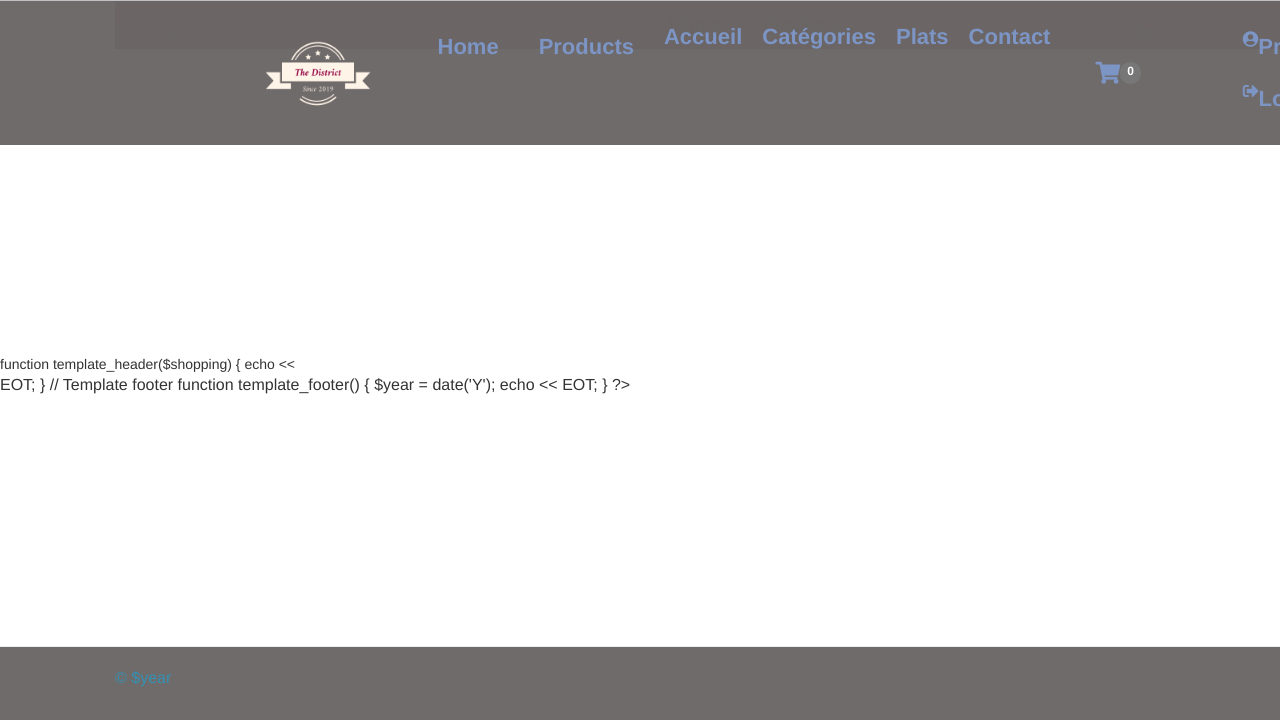
Repository: fab5052/the_district_Site
Page: http://localhost/shopping.php
The author's editor kept a copy of each file at every save. The page is drawn from the files as they stood at one save, then again after the next save.
The browser window is 1280 px wide. The pictures show the whole page.
Some web libraries are served in a nearby version. The page is run by PHP 8.4 with error messages shown; the project is at /var/www/html/.

Above is the page before, as saved 2024-03-24 22:45:57.
Console error: ReferenceError: tarteaucitron is not defined

### assets/css/nav.css
* {
  margin: 0;
  padding: 0;
  box-sizing: border-box;
  border-width: 0;
  border-style: solid;
  border-color: currentColor
  font-family: -apple-system, BlinkMacSystemFont, "segoe ui", roboto, oxygen, ubuntu, cantarell, "fira sans", "droid sans", "helvetica neue", Arial, sans-serif;
	font-size: 16px;
	-webkit-font-smoothing: antialiased;
	-moz-osx-font-smoothing: grayscale;

}

hr {
  height: 0;
  color: inherit;
  border-top-width: 1px
}



/* CSS pour le contenu principal */
.main-content {
  margin-top: 10vh;
  /* Marge en haut pour éviter le chevauchement avec le header */
  margin-bottom: 0;
  /* Marge en bas pour éviter le chevauchement avec le footer */
  height: 100%;

  background-color: rgba(43, 51, 15, 0.432);

}


.parallax {
  background-image: url("https://i.etsystatic.com/21916349/r/il/a756da/3962508333/il_794xN.3962508333_jf2j.jpg");
  background-attachment: fixed;
  /* Fixe l'image pendant le scroll */
  background-size: cover;
  /* L'image prendra 100% de l'espace, quitte à la crop */
  background-position: center;
  /* Centre la position de l'image */
  background-repeat: no-repeat;
  /* Empêche l'image de se répéter en fonction de la taille d'écran */
  z-index: -10;
  overflow: hidden;

}

header {
  position: fixed;

  top: 0;
  width: 100vw;

  z-index: 1000;
  /
  /* Autres styles personnalisés selon vos besoins */
}

header nav {
  flex-grow: 1;
	flex-basis: 0;
}

/* CSS pour le footer */
footer {
position: fixed;
  margin-bottom: 0;
  width: 100%;
  height: auto;
  z-index: 100;
  /* Assure que le footer reste au-dessus du contenu */



  background-color: #6b6666f6;
  /* Couleur de fond du header */

}

nav {
  display: flex;
  position: fixed;
  width: 100vw;
  background-color: #6b6666f6;
  /* Couleur de fond du header */
  align-items: center;
  flex-grow: 1;
	flex-basis: 0;

  justify-content: space-between;
  z-index: 100;


  box-shadow: inset 0px 1px 0px #bfbfc4;

}

 nav a {
  font-size: 20px;
  color: #7c95c5;
  text-shadow: solid 4px #d9d9de;
}


.nav-icon {
  display: flex;
  align-items: center;
  text-decoration: none;
  margin-right: 15px;
}



.nav-icon img {
  width: 120px;
  height: 125px;
  position: relative;
}

}
.login {
  	width: 400px;
  	background-color: #ffffff;
  	box-shadow: 0 0 9px 0 rgba(0, 0, 0, 0.3);
  	margin: 100px auto;
}
.login h1 {
  	text-align: center;
  	color: #5b6574;
  	font-size: 24px;
  	padding: 20px 0 20px 0;
  	border-bottom: 1px solid #dee0e4;
}
.login form {
  	display: flex;
  	flex-wrap: wrap;
  	justify-content: center;
  	padding-top: 20px;
}
.login form label {
  	display: flex;
  	justify-content: center;
  	align-items: center;
  	width: 50px;
  	height: 50px;
  	background-color: #3274d6;
  	color: #ffffff;
}
.login form input[type="password"], .login form input[type="text"] {
  	width: 310px;
  	height: 50px;
  	border: 1px solid #dee0e4;
  	margin-bottom: 20px;
  	padding: 0 15px;
}
.login form input[type="submit"] {
  	width: 100%;
  	padding: 15px;
 	margin-top: 20px;
  	background-color: #3274d6;
  	border: 0;
  	cursor: pointer;
  	font-weight: bold;
  	color: #ffffff;
  	transition: background-color 0.2s;
}
.login form input[type="submit"]:hover {
	background-color: #2868c7;
  	transition: background-color 0.2s;
}

.content-wrapper {
	width: 1050px;
	margin: 0 auto;
}
header {
	border-bottom: 1px solid #EEEEEE;
}
header .content-wrapper {
	display: flex;
}
header h1 {
	display: flex;
	flex-grow: 1;
	flex-basis: 0;
	font-size: 20px;
	margin: 0;
	padding: 24px 0;
}
header nav {
	display: flex;
	flex-grow: 1;
	flex-basis: 0;
	justify-content: center;
	align-items: center;
}
header nav a {
	text-decoration: none;
	color: #555555;
	padding: 10px 10px;
	margin: 0 10px;
}
header nav a:hover {
	border-bottom: 1px solid #aaa;
}
header .link-icons {
	display: flex;
	flex-grow: 1;
	flex-basis: 0;
	justify-content: flex-end;
	align-items: center;
	position: relative;
}
header .link-icons a {
	text-decoration: none;
	color: #394352;
	padding: 0 10px;
}
header .link-icons a:hover {
	color: #4e5c70;
}
header .link-icons a i {
	font-size: 18px;
}
header .link-icons a span {
	display: inline-block;
	text-align: center;
	background-color: #63748e;
	border-radius: 50%;
	color: #FFFFFF;
	font-size: 12px;
	line-height: 16px;
	width: 16px;
	height: 16px;
	font-weight: bold;
	position: absolute;
	top: 22px;
	right: 0;
}
main .featured {
	display: flex;
	flex-direction: column;
	background-image: url(imgs/featured-image.jpg);
	background-repeat: no-repeat;
	background-size: cover;
	height: 500px;
	align-items: center;
	justify-content: center;
	text-align: center;
}
main .featured h2 {
	display: inline-block;
	margin: 0;
	width: 1050px;
	font-family: Rockwell, Courier Bold, Courier, Georgia, Times, Times New Roman, serif;
	font-size: 68px;
	color: #FFFFFF;
	padding-bottom: 10px;
}
main .featured p {
	display: inline-block;
	margin: 0;
	width: 1050px;
	font-size: 24px;
	color: #FFFFFF;
}
main .recentlyadded h2 {
	display: block;
	font-weight: normal;
	margin: 0;
	padding: 40px 0;
	font-size: 24px;
	text-align: center;
	width: 100%;
	border-bottom: 1px solid #EEEEEE;
}
main .recentlyadded .products, main .products .products-wrapper {
	display: flex;
	flex-wrap: wrap;
	align-items: center;
	justify-content: space-between;
	padding: 40px 0 0 0;
}
main .recentlyadded .products .product, main .products .products-wrapper .product {
	display: block;
	overflow: hidden;
	text-decoration: none;
	width: 25%;
	padding-bottom: 60px;
}
main .recentlyadded .products .product img, main .products .products-wrapper .product img {
	transform: scale(1);
	transition: transform 1s;
}
main .recentlyadded .products .product .name, main .products .products-wrapper .product .name {
	display: block;
	color: #555555;
	padding: 20px 0 2px 0;
}
main .recentlyadded .products .product .price, main .products .products-wrapper .product .price {
	display: block;
	color: #999999;
}
main .recentlyadded .products .product .rrp, main .products .products-wrapper .product .rrp {
	color: #BBBBBB;
	text-decoration: line-through;
}
main .recentlyadded .products .product:hover img, main .products .products-wrapper .product:hover img {
	transform: scale(1.05);
	transition: transform 1s;
}
main .recentlyadded .products .product:hover .name, main .products .products-wrapper .product:hover .name {
	text-decoration: underline;
}
main > .product {
	display: flex;
	padding: 40px 0;
}
main > .product > div {
	padding-left: 15px;
}
main > .product h1 {
	font-size: 34px;
	font-weight: normal;
	margin: 0;
	padding: 20px 0 10px 0;
}
main > .product .price {
	display: block;
	font-size: 22px;
	color: #999999;
}
main > .product .rrp {
	color: #BBBBBB;
	text-decoration: line-through;
	font-size: 22px;
	padding-left: 5px;
}
main > .product form {
	display: flex;
	flex-flow: column;
	margin: 40px 0;
}
main > .product form input[type="number"] {
	width: 400px;
	padding: 10px;
	margin-bottom: 15px;
	border: 1px solid #ccc;
	color: #555555;
	border-radius: 5px;
}
main > .product form input[type="submit"] {
	background: #4e5c70;
	border: 0;
	color: #FFFFFF;
	width: 400px;
	padding: 12px 0;
	text-transform: uppercase;
	font-size: 14px;
	font-weight: bold;
	border-radius: 5px;
	cursor: pointer;
}
main > .product form input[type="submit"]:hover {
	background: #434f61;
}
main > .products h1 {
	display: block;
	font-weight: normal;
	margin: 0;
	padding: 40px 0;
	font-size: 24px;
	text-align: center;
	width: 100%;
}
main > .products .buttons {
	text-align: right;
	padding-bottom: 40px;
}
main > .products .buttons a {
	display: inline-block;
	text-decoration: none;
	margin-left: 5px;
	padding: 12px 20px;
	border: 0;
	background: #4e5c70;
	color: #FFFFFF;
	font-size: 14px;
	font-weight: bold;
	border-radius: 5px;
}
main > .products .buttons a:hover {
	background: #434f61;
}
main .cart h1 {
	display: block;
	font-weight: normal;
	margin: 0;
	padding: 40px 0;
	font-size: 24px;
	text-align: center;
	width: 100%;
}
main .cart table {
	width: 100%;
}
main .cart table thead td {
	padding: 30px 0;
	border-bottom: 1px solid #EEEEEE;
}
main .cart table thead td:last-child {
	text-align: right;
}
main .cart table tbody td {
	padding: 20px 0;
	border-bottom: 1px solid #EEEEEE;
}
main .cart table tbody td:last-child {
	text-align: right;
}
main .cart table .img {
	width: 80px;
}
main .cart table .remove {
	color: #777777;
	font-size: 12px;
	padding-top: 3px;
}
main .cart table .remove:hover {
	text-decoration: underline;
}
main .cart table .price {
	color: #999999;
}
main .cart table a {
	text-decoration: none;
	color: #555555;
}
main .cart table input[type="number"] {
	width: 68px;
	padding: 10px;
	border: 1px solid #ccc;
	color: #555555;
	border-radius: 5px;
}
main .cart .subtotal {
	text-align: right;
	padding: 40px 0;
}
main .cart .subtotal .text {
	padding-right: 40px;
	font-size: 18px;
}
main .cart .subtotal .price {
	font-size: 18px;
	color: #999999;
}
main .cart .buttons {
	text-align: right;
	padding-bottom: 40px;
}
main .cart .buttons input[type="submit"] {
	margin-left: 5px;
	padding: 12px 20px;
	border: 0;
	background: #4e5c70;
	color: #FFFFFF;
	font-size: 14px;
	font-weight: bold;
	cursor: pointer;
	border-radius: 5px;
}
main .cart .buttons input[type="submit"]:hover {
	background: #434f61;
}
main .placeorder h1 {
	display: block;
	font-weight: normal;
	margin: 0;
	padding: 40px 0;
	font-size: 24px;
	text-align: center;
	width: 100%;
}
main .placeorder p {
	text-align: center;
}
footer {
	position: absolute;
	bottom: 0;
	border-top: 1px solid #EEEEEE;
	padding: 20px 0;
	width: 100%;
}

.toggle {
  display: none;
}

.navlinks-container a {
  display: flex;
  margin: 0 10px;
  font-size: 22px;
  font-weight: 600;
  vertical-align: middle;

  color: #7c95c5;
  text-shadow: solid 4px #d9d9de;
  position: relative;
}


.navlinks-container a::before {
  display: flex;
  position: relative;
  margin: 0 10px;
  width: 60%;
  color: #657075;
  font-size: 25px;
  font-weight: 800;
  justify-content: center;
  vertical-align: middle;
  color: #69717ecd;
  text-shadow: solid 4px #cdcdd4;
  z-index: 1000;
}

.navlinks-container a::after {
  content: "";
  display: block;
  position: absolute;
  margin: 0 10px;
  bottom: -3px;
  width: 100%;
  height: 1px;
  color: #3391b3;
  transform: scale(0);
  transform-origin: left;
  background: #ccc4c462;
  transition: transform 0.3s ease-out;
  z-index: 1000;
}

.navlinks-container a:hover::after {
  transform: scaleX(1);
}

.nav-authentication {
  display: flex;
  vertical-align: middle;
  min-width: 23vh;

  justify-content: space-evenly;
  color: #f0f5f6;
  order: 3;
}



.user-toggler {

  width: 20px;


}

h2,
h3 {
  font-family: system-ui, -apple-system, BlinkMacSystemFont, 'Segoe UI', Roboto, Oxygen, Ubuntu, Cantarell, 'Open Sans', 'Helvetica Neue', sans-serif;

}


.form-contact {
  margin: auto;

label {
  font-family: 'Segoe UI', Tahoma, Geneva, Verdana, sans-serif;
  color: #dcd9d9;
}

option {
  font-family: 'Segoe UI', Tahoma, Geneva, Verdana, sans-serif;
  color: #e1dbdb;

}

select {
  font-family: 'Segoe UI', Tahoma, Geneva, Verdana, sans-serif;
  color: #e1dbdb;
  height: 40px;

}

textarea {
  height: 15vh;
  min-width: 100%;

}

.invalid-feedback {
  color: red;

}

}

@keyframes slideAnimation {

  0% {

    transform: translateX(110%);
  }

  50% {

    transform: translateX(60%);
  }

  100% {

    transform: translateX(110%);
  }
}



.animated-img {

  animation: slideAnimation 6s infinite;


}




.carousel {
  display: block;
  background-color: #6f6d7227;
  justify-items: center;
  transition: background 0.4s ease-in;
  margin: 3rem;
  border: 0.2em solid;
  border-color: #979292;
}

.carousel-image {
  display: flex;
  height: auto;
  /* Définissez une hauteur maximale pour les images */
  width: auto;
  /* Ajustez automatiquement la largeur en fonction de la hauteur maximale */


}


input[type=radio] {
  display: none;
}

.cards {
  position: absolute;
  justify-content: center;
  vertical-align: middle;
  width: 100%;

  height: auto;
  border-image: linear-gradient(#f6b73c, #4d9f0c) 30;
  margin: auto;
  transition: transform 0.5s ease;
  cursor: pointer;
  background-color: transparent;

}


span.title {
  display: flex;
  font-family: 'Segoe UI', Tahoma, Geneva, Verdana, sans-serif;
  font-size: 25px;
  font-weight: 800;
  color: #1b5970;

  justify-content: center;
  background-color: #ca99648e;
}



h1 {

  font-family: "neon-tubes-2-regular";
  src:
    url("https://assets.codepen.io/2585/NeonTubes2.otf") format("woff"),
    url("https://assets.codepen.io/2585/NeonTubes2.otf") format("opentype"),
    url("https://assets.codepen.io/2585/NeonTubes2.otf") format("truetype"),

}



.neon-red {
  --neon: hsl(355 100% 95%);
  --neon-glow: hsl(355 98% 40%);
}

.neon-blue {
  --neon: hsl(192 100% 95%);
  --neon-glow: hsl(194 100% 40%);
}

h1>i {

    color: var(--neon);
    text-shadow:
      0 0 20px var(--neon-glow),
      0 0 2.5vmin var(--neon-glow),
      0 0 5vmin var(--neon-glow),
      0 0 10vmin var(--neon-glow),
      0 0 15vmin var(--neon-glow);
    }

    @media (dynamic-range: high) {
    .neon-red {
      --neon-glow: color(display-p3 1 0 0);
    }

    .neon-blue {
      --neon-glow: color(display-p3 0 0.75 1);
    }

    h1 > i {
      text-shadow:
        0 0 2.5vmin var(--neon-glow),
        0 0 10vmin var(--neon-glow),
        0 0 15vmin var(--neon-glow);
    }
    }



    h1 {
    text-align: center;
    font-family: "neon-tubes-2-regular", sans-serif;


    }




  p {
    color: #3391b3;


  }


.accordion-group {
  overflow: hidden;
  margin: 0 auto;
  padding: 0;
  list-style: none;
  width: 100%;
  height: 700px;
  display: flex;
  align-items: center;
  -webkit-transition: all 300ms ease;
  -moz-transition: all 300ms ease;
  transition: all 300ms ease;
}

.accordion-group li {
  cursor: pointer;
  position: relative;
  display: flex;
  overflow: hidden;
  margin: 0;
  padding: 1.6em;
  list-style: none;
  width: 16.66666667%;
  height: inherit;
  background-position: center center;
  background-size: cover;
  background-repeat: no-repeat;
  -webkit-transition: all 250ms ease-in-out;
  -moz-transition: all 250ms ease-in-out;
  transition: all 250ms ease-in-out;
}

.accordion-group li h3 {
  position: relative;
  color: #fff;
  text-transform: uppercase;
  letter-spacing: 0.15rem;
  padding: 0;
  font-weight: 300;
  margin: 6.5rem 0 0;
}

.accordion-group li .accordion-overlay {
  position: absolute;
  height: 100%;
  width: 100%;
  left: 0;
  top: 0;
  -webkit-transition: all 250ms ease-in-out;
  -moz-transition: all 250ms ease-in-out;
  transition: all 250ms ease-in-out;
}

.accordion-group li section {
  display: flex;
  align-items: center;
  width: 75%;
  height: 100%;
}

.accordion-group li section.big-section {
  width: 100%;
}

.accordion-group li section article {
  display: table-cell;
  vertical-align: middle;
  padding: 4rem;
  position: relative;
  right: -200%;
  -webkit-transition: all 250ms ease-in-out;
  -moz-transition: all 250ms ease-in-out;
  transition: all 250ms ease-in-out;
}

.accordion-group li section article p {
  background-color: rgba(255, 255, 255, 0.8);
  padding: 1.6rem;
  color: #333;
  font-size: 1.6rem;
  letter-spacing: 0.15rem;
}

.accordion-group li section article p:before,
.accordion-group li section article p:after {
  content: "";
  display: block;
  height: 1px;
}

.accordion-group li.out {
  width: 50%;
}

.accordion-group li.out section article {
  right: 0;
}


.accordion-group {
  height: 360px;
}

.accordion-group li {
  display: flex;
  align-items: center;
  justify-content: center;
}

.accordion-group li.out h3 {
  opacity: 0;
}

.accordion-group li h3 {
  opacity: 1;
  -webkit-transition: all 300ms ease-in-out;
  -moz-transition: all 300ms ease-in-out;
  transition: all 300ms ease-in-out;
  -webkit-transform: rotate(90deg);
  -moz-transform: rotate(90deg);
  transform: rotate(90deg);
  width: 2.5rem;
  padding: 0;
  margin: 10rem 0;
}

@-webkit-keyframes rotate {
  from {
    -webkit-transform: rotate(0deg);
    -moz-transform: rotate(0deg);
    transform: rotate(0deg);
  }

  to {
    -webkit-transform: rotate(360deg);
    -moz-transform: rotate(360deg);
    transform: rotate(360deg);
  }
}

@-moz-keyframes rotate {
  from {
    -webkit-transform: rotate(0deg);
    -moz-transform: rotate(0deg);
    transform: rotate(0deg);
  }

  to {
    -webkit-transform: rotate(360deg);
    -moz-transform: rotate(360deg);
    transform: rotate(360deg);
  }
}

@keyframes rotate {
  from {
    -webkit-transform: rotate(0deg);
    -moz-transform: rotate(0deg);
    transform: rotate(0deg);
  }

  to {
    -webkit-transform: rotate(360deg);
    -moz-transform: rotate(360deg);
    transform: rotate(360deg);
  }
}

@media (max-width: 768px) {

  nav {
    height: 15vh;
  }


  .main-navlinks {

    width: auto;
  }

  .nav-icon {
    order: 2;
  }

  .toggle {
    display: flex;
    position: relative;
    justify-content: start;
    width: 50px;
    height: 50px;
    justify-items: center;
    background: #c2c2c3c1;
    box-shadow: 0 5px 15px rgba(37, 37, 41, 0.897);
    border-radius: 6px;
    border-color: #898888;
    align-items: center;
    cursor: pointer;
    overflow: hidden;
    padding: 0 10px;

  }

  .toggle span {
    position: absolute;

    width: 40px;
    height: 5px;
    background: #eb080cab;
    border-radius: 10px;

    border-width: 12px;
    transition: 1s;
  }

  .toggle span:nth-child(1) {
    transform: translateY(-15px);
    width: 30px;
    left: 15px;
  }

  .toggle.active span:nth-child(1) {
    width: 30px;


    transform: translateY(0) rotate(45deg);
    transition-delay: 0.125s;
  }

  .toggle span:nth-child(2) {
    transform: translateY(15px);
    width: 25px;
    left: 10px;
    right: 20px;
  }

  .toggle.active span:nth-child(2) {

    width: 40px;
    transform: translateY(0) rotate(315deg);
    transition-delay: 0.25s;
  }

  .toggle.active span:nth-child(3) {
    transform: translateX(55px);
  }



  .navlinks-container {
    display: block;
    flex-direction: column;
    align-items: flex-start;
    position: absolute;
    background: #c5c2c2ee;
    top: 100%;
    left: 0;
    transform: translate(-100%);
    height: 100vh;
    padding: 15px 50px 15px 20px;
    border-right: 1px solid #c5c5c6;
  }

  .open {
    transform: translate(0%);
  }

  .navlinks-container a {
    font-size: 15px;
    margin: 10px 0px;
  }


  .nav-authentication {
    order: 4;
    display: block;

  }


  .user-toggler {
    order: 3;
    display: flex;
    ;
    cursor: pointer;

  }

  .user-toggler.img {
    width: 10px;
    color: #898888;
    border: solid 2px;
  }
}


@media (max-width: 767px) {
  .accordion-group {
    height: 360px;
  }

  .accordion-group li {
    display: flex;
    align-items: center;
    justify-content: center;
  }

  .accordion-group li.out h3 {
    opacity: 0;
  }

  .accordion-group li h3 {
    opacity: 1;
    -webkit-transition: all 300ms ease-in-out;
    -moz-transition: all 300ms ease-in-out;
    transition: all 300ms ease-in-out;
    -webkit-transform: rotate(90deg);
    -moz-transform: rotate(90deg);
    transform: rotate(90deg);
    width: 2.5rem;
    padding: 0;
    margin: 10rem 0;
  }
}

@-webkit-keyframes rotate {
  from {
    -webkit-transform: rotate(0deg);
    -moz-transform: rotate(0deg);
    transform: rotate(0deg);
  }

  to {
    -webkit-transform: rotate(360deg);
    -moz-transform: rotate(360deg);
    transform: rotate(360deg);
  }
}

@-moz-keyframes rotate {
  from {
    -webkit-transform: rotate(0deg);
    -moz-transform: rotate(0deg);
    transform: rotate(0deg);
  }

  to {
    -webkit-transform: rotate(360deg);
    -moz-transform: rotate(360deg);
    transform: rotate(360deg);
  }
}

@keyframes rotate {
  from {
    -webkit-transform: rotate(0deg);
    -moz-transform: rotate(0deg);
    transform: rotate(0deg);
  }

  to {
    -webkit-transform: rotate(360deg);
    -moz-transform: rotate(360deg);
    transform: rotate(360deg);
  }
}

#search {
  height: 35px;
  min-width: 25px;
  position: relative;
  order: 6;
}

#search input {
  -webkit-box-sizing: border-box;
  -moz-box-sizing: border-box;
  box-sizing: border-box;
  width: 35px;
  height: 35px;
  border: 1px solid #c0a2a2;
  border-radius: 100%;
  background: transparent;
  color: #fafafa;
  font-size: 16px;
  font-weight: 400;
  outline: none;
  -webkit-transition: width 100ms ease-in-out;
  -moz-transition: width 100ms ease-in-out;
  transition: width 100ms ease-in-out;
}

#search input::-webkit-input-placeholder {
  color: transparent;
}

#search input:-moz-placeholder {
  color: transparent;
}

#search input::-moz-placeholder {
  color: transparent;
}

#search input:-ms-input-placeholder {
  color: transparent;
}

#search .search {
  background-color: transparent;
  position: absolute;
  top: 0;
  left: 0;
  height: 35px;
  width: 35px;
  padding: 0;
  border-radius: 100%;
  outline: none;
  border: 0;
  color: #b1a6a6;
  cursor: pointer;
  -webkit-transition: all 300ms ease-in-out;
  -moz-transition: all 300ms ease-in-out;
  transition: all 300ms ease-in-out;
}

#search .search:before,
#search .search:after {
  content: "";
  position: absolute;
  width: 1rem;
  height: 0.1rem;
  background-color: #beb6b6;
  -webkit-transform: rotate(45deg);
  -moz-transform: rotate(45deg);
  transform: rotate(45deg);
  top: 3.3rem;
  left: 3rem;
  -webkit-transition: all 300ms ease-in-out;
  -moz-transition: all 300ms ease-in-out;
  transition: all 300ms ease-in-out;
}

#search .close {
  -webkit-transition: all 400ms ease-in-out;
  -moz-transition: all 400ms ease-in-out;
  transition: all 400ms ease-in-out;
  right: 0;
  left: inherit;
}

#search .close:before {
  content: "";
  position: absolute;
  top: 1.7rem;
  left: 1.5rem;
  width: 27px;
  height: 4px;
  margin-top: -1px;
  margin-left: -13px;
  background-color: #c1b7ab;
  -webkit-transform: rotate(45deg);
  -moz-transform: rotate(45deg);
  transform: rotate(45deg);
  -webkit-transition: all 200ms ease-in-out;
  -moz-transition: all 200ms ease-in-out;
  transition: all 200ms ease-in-out;
}

#search .close:after {
  content: "";
  position: absolute;
  top: 1.7rem;
  left: 1.5rem;
  width: 27px;
  height: 4px;
  margin-top: -1px;
  margin-left: -13px;
  background-color: #ca9964;
  -webkit-transform: rotate(-45deg);
  -moz-transform: rotate(-45deg);
  transform: rotate(-45deg);
  -webkit-transition: all 200ms ease-in-out;
  -moz-transition: all 200ms ease-in-out;
  transition: all 200ms ease-in-out;
}

#search .square {
  -webkit-box-sizing: border-box;
  -moz-box-sizing: border-box;
  box-sizing: border-box;
  padding: 0 4rem 0 1rem;
  width: 100%;
  height: 35px;
  border: 1px solid #333;
  border-radius: 0;
  color: #b5aeae;
  background-color: transparent;
  -webkit-transition: all 300ms ease-in-out;
  -moz-transition: all 300ms ease-in-out;
  transition: all 300ms ease-in-out;
}

#search .square::-webkit-input-placeholder {
  color: #bfb9b2;
}

#search .square:-moz-placeholder {
  color: #e8e0d9;
}

#search .square::-moz-placeholder {
  color: #ca9964;
}

#search .square:-ms-input-placeholder {
  color: #ca9964;
}

#search .square.active #search .square:hover,
#search .square:focus,
#search .square:active {
  border-color: #ca9964;
}





/* MARKETING CONTENT
  --------------------------------------------------

  Center align the text within the three columns below the carousel
  .marketing .col-lg-4 {
    margin-bottom: 1.5rem;
    text-align: center;
  }

  .marketing h2 {
    font-weight: 400;
  }

  .marketing .col-lg-4 p {
    margin-right: .75rem;
    margin-left: .75rem;
  }*/



.featurette-divider {
  margin: 0.5rem 0;
  height: 2px;
  /* Space out the Bootstrap <hr> more */
}

.featurette-heading {
  font-weight: 300;
  line-height: 1;
  letter-spacing: -.05rem;
}

Loaded but not shown: tarteaucitron.js (45 lines, source omitted); style.css (1667 lines, source omitted); assets/css/camera.css (1081 lines, source omitted); shopping.php (150 lines, source omitted)

After the next save:
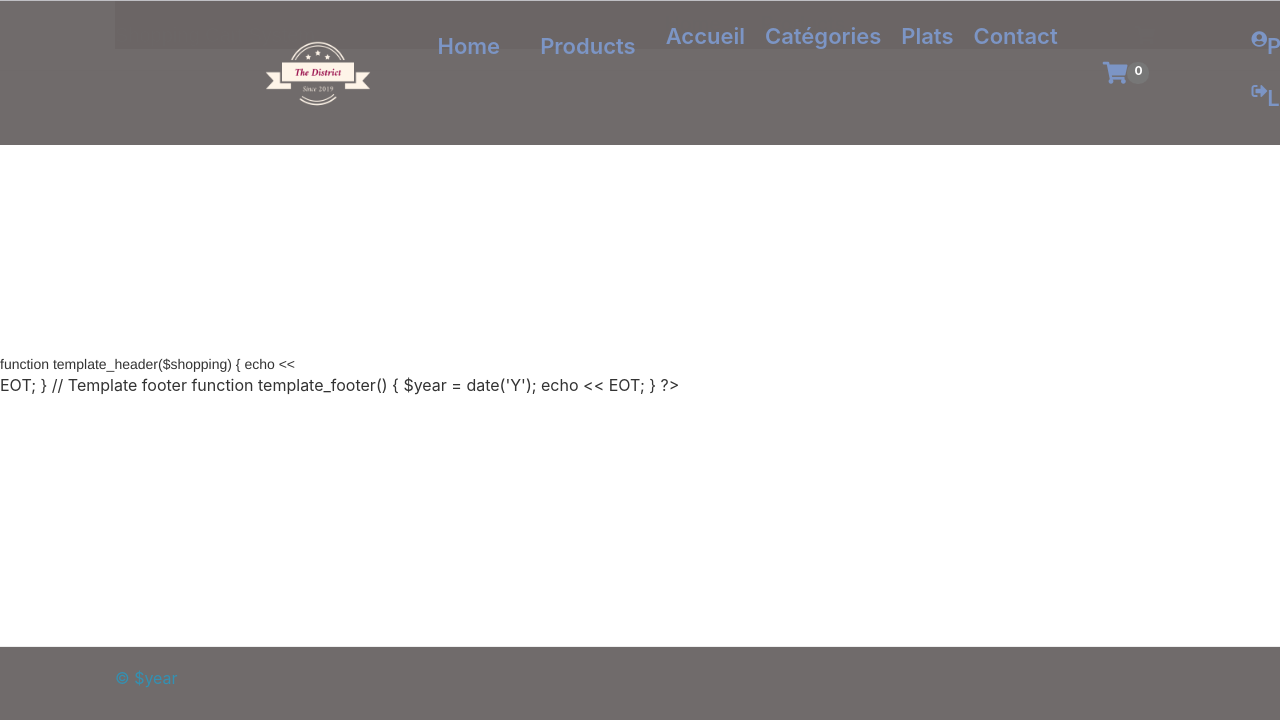
Saved 56 s later.
--- a/assets/css/nav.css
+++ b/assets/css/nav.css
@@ -4,7 +4,7 @@
   box-sizing: border-box;
   border-width: 0;
   border-style: solid;
-  border-color: currentColor
+  border-color: currentColor;
   font-family: -apple-system, BlinkMacSystemFont, "segoe ui", roboto, oxygen, ubuntu, cantarell, "fira sans", "droid sans", "helvetica neue", Arial, sans-serif;
 	font-size: 16px;
 	-webkit-font-smoothing: antialiased;
@@ -120,7 +120,7 @@ nav {
   position: relative;
 }
 
-}
+
 .login {
   	width: 400px;
   	background-color: #ffffff;
